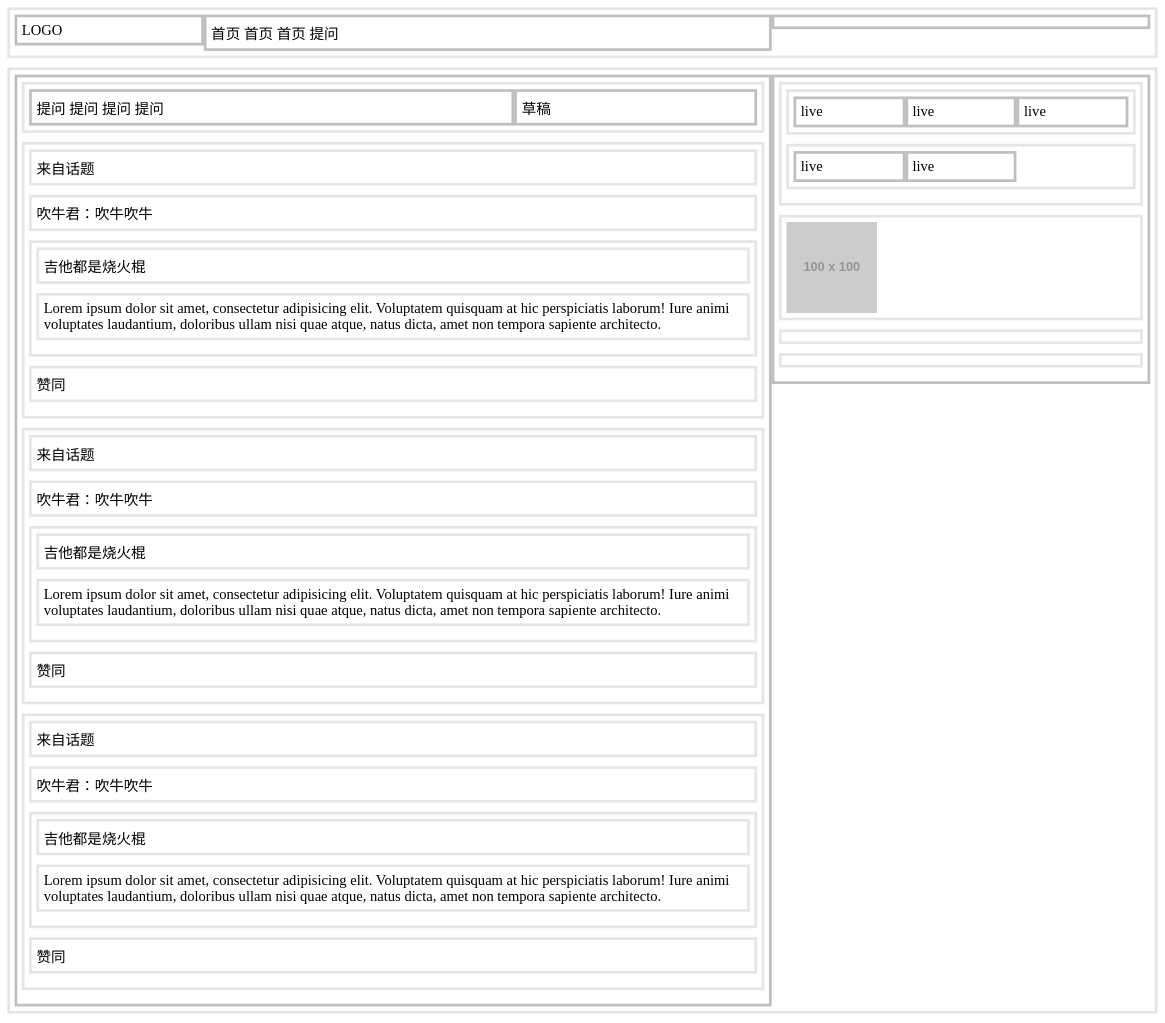
Repository: 0xbul1/biao-class-3
Page: practice/012-float-grid/zhihu.html
An editor plug-in stored every save of this project. The page is shown before and after the next save, followed by the edit.
The browser window is 1280 px wide. The pictures show the whole page, at 91% of full size.

Above is the page before, as saved 2018-10-04 14:20:53.

After the next save:
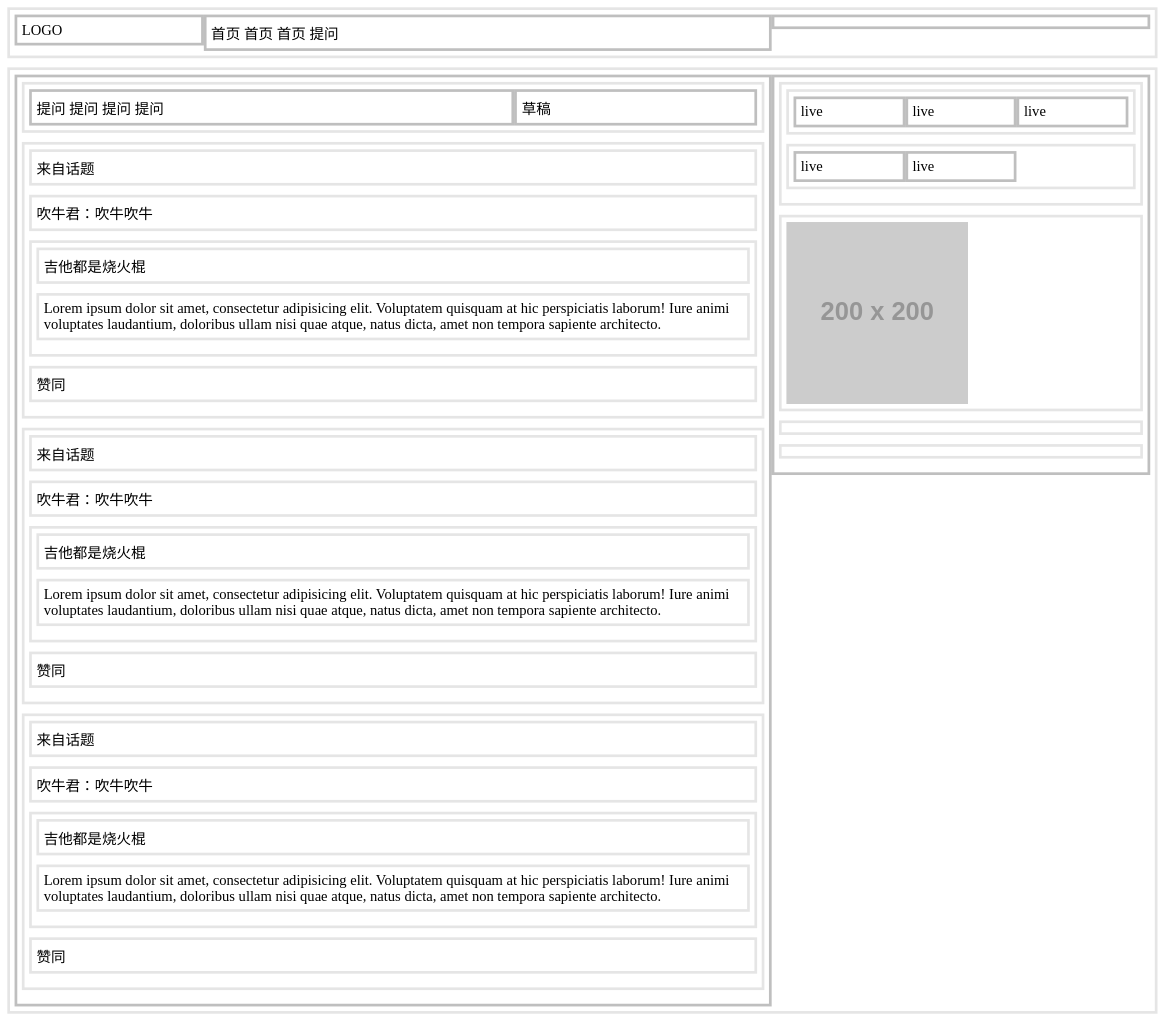
Saved 20 s later.
--- a/practice/012-float-grid/zhihu.html
+++ b/practice/012-float-grid/zhihu.html
@@ -119,7 +119,7 @@
             </div>
         </div>
         <div class="row">
-            <img src="http://dummyimage.com/100X100" alt="">
+            <img src="http://dummyimage.com/200X200" alt="">
         </div>
         <div class="row"></div>
         <div class="row"></div>
